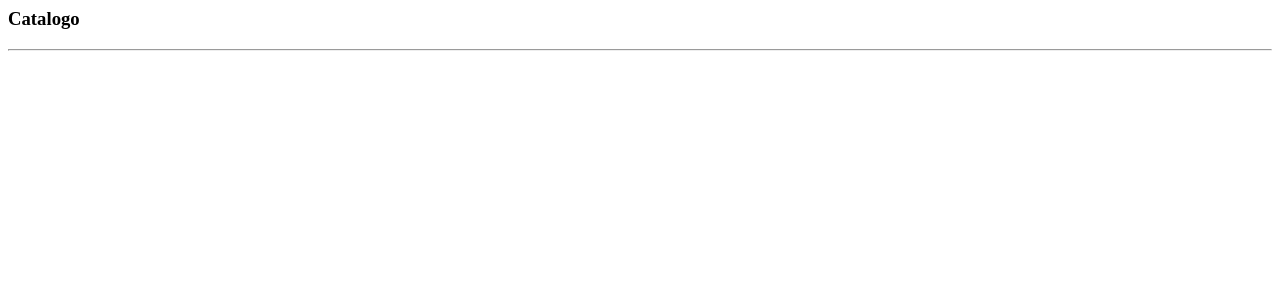
Repository: JoanOrobio77/Online_Store_Angular
Page: src/app/pages/catalogo/catalogo.html
These files come from the project's save history. The page is drawn as it stood at one moment and after the next save; the edit follows.
The browser window is 1280 px wide. The pictures show the whole page.

Above is the page before, as saved 2025-06-26 03:53:50.

After the next save:
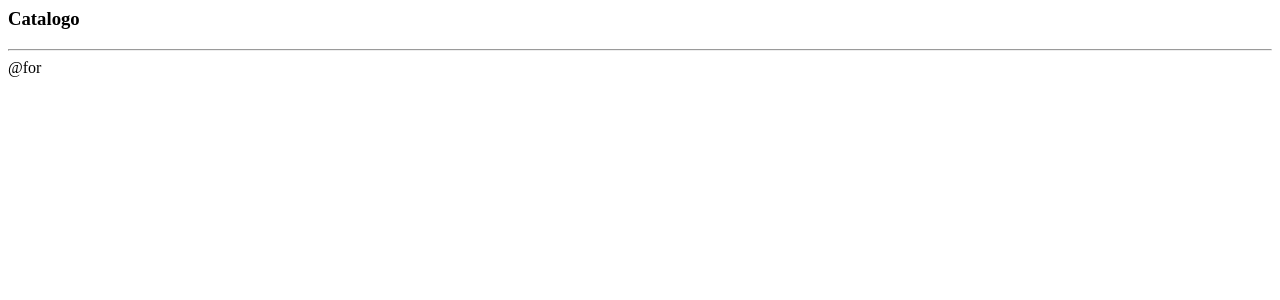
Saved 5 s later.
--- a/src/app/pages/catalogo/catalogo.html
+++ b/src/app/pages/catalogo/catalogo.html
@@ -3,6 +3,6 @@
     <hr />
 
     <div class="row">
-
+        @for
     </div>
 </div>
